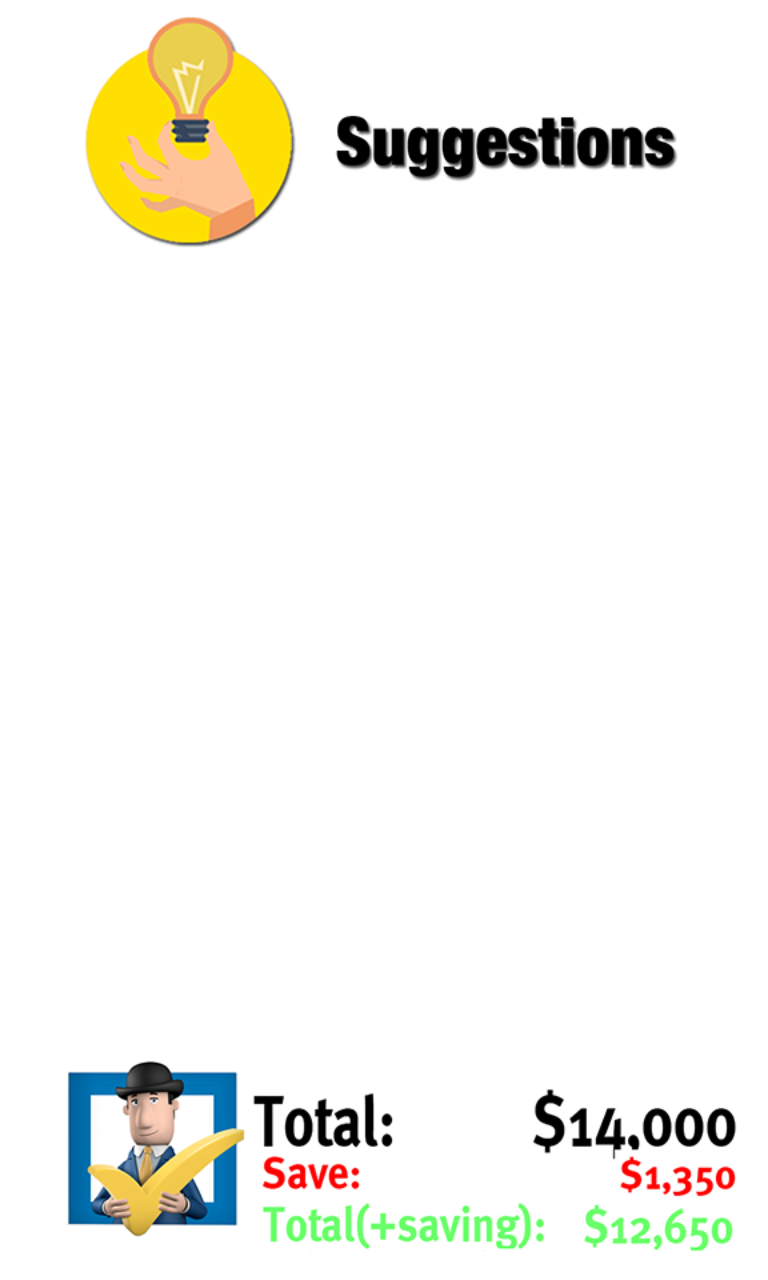
Repository: derek-zhan/RBCPrototypeChallenge
Layout: RBCPrototype/res/layout/fragment_suggesions.xml
These files come from the project's save history. The layout is drawn as it stood at one moment and after the next save; the edit follows.
It is drawn on a 768 x 1280 px phone screen (xhdpi) without system bars, with theme AppTheme; the app's code is not run. Lists and similar views that code fills are empty.

Above is the layout before, as saved 2014-06-07 23:29:37.

### RBCPrototype/res/layout/fragment_suggesions.xml
<?xml version="1.0" encoding="utf-8"?>
<RelativeLayout xmlns:android="http://schemas.android.com/apk/res/android"
    android:layout_width="match_parent"
    android:layout_height="match_parent"
    android:orientation="vertical" >

    <ImageView
        android:id="@+id/suggestion_title"
        android:layout_centerHorizontal="true"
        android:layout_alignParentTop="true"
        android:layout_width="wrap_content"
        android:layout_height="wrap_content"
        android:src="@drawable/suggestionheader_small_fix"
    />

    <ImageView
        android:id="@+id/suggestion_result"
        android:layout_alignParentBottom="true"
        android:layout_centerHorizontal="true"
        android:layout_width="wrap_content"
        android:layout_height="wrap_content"
        android:src="@drawable/suggestiontotal_small"
        />

    <ListView
        android:id="@+id/suggestion_listview"
        android:layout_width="wrap_content"
        android:layout_height="wrap_content"
        android:layout_marginBottom="0dp"
        android:layout_marginTop="0dp"
        android:layout_above="@id/suggestion_result"
        android:layout_below="@id/suggestion_title"
        />



</RelativeLayout>

Loaded but not shown: RBCPrototype/res/values/styles.xml (common file); RBCPrototype/res/values-v11/styles.xml (common file); RBCPrototype/res/values-v14/styles.xml (common file)

After the next save:
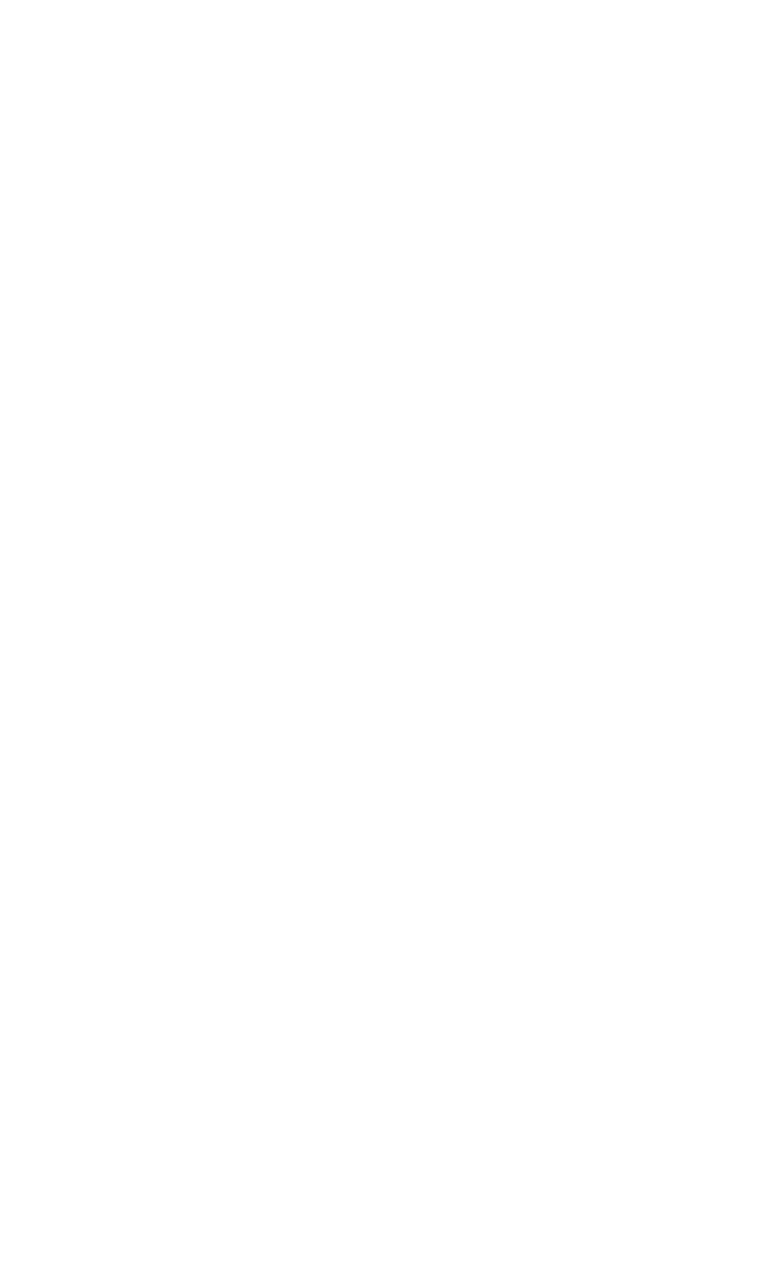
Saved 35 s later.
--- a/RBCPrototype/res/layout/fragment_suggesions.xml
+++ b/RBCPrototype/res/layout/fragment_suggesions.xml
@@ -4,6 +4,7 @@
     android:layout_height="match_parent"
     android:orientation="vertical" >
 
+    <!--
     <ImageView
         android:id="@+id/suggestion_title"
         android:layout_centerHorizontal="true"
@@ -13,6 +14,8 @@
         android:src="@drawable/suggestionheader_small_fix"
     />
 
+
+
     <ImageView
         android:id="@+id/suggestion_result"
         android:layout_alignParentBottom="true"
@@ -21,15 +24,14 @@
         android:layout_height="wrap_content"
         android:src="@drawable/suggestiontotal_small"
         />
-
+    -->
     <ListView
         android:id="@+id/suggestion_listview"
         android:layout_width="wrap_content"
         android:layout_height="wrap_content"
         android:layout_marginBottom="0dp"
         android:layout_marginTop="0dp"
-        android:layout_above="@id/suggestion_result"
-        android:layout_below="@id/suggestion_title"
+
         />
 
 

After the save that followed:
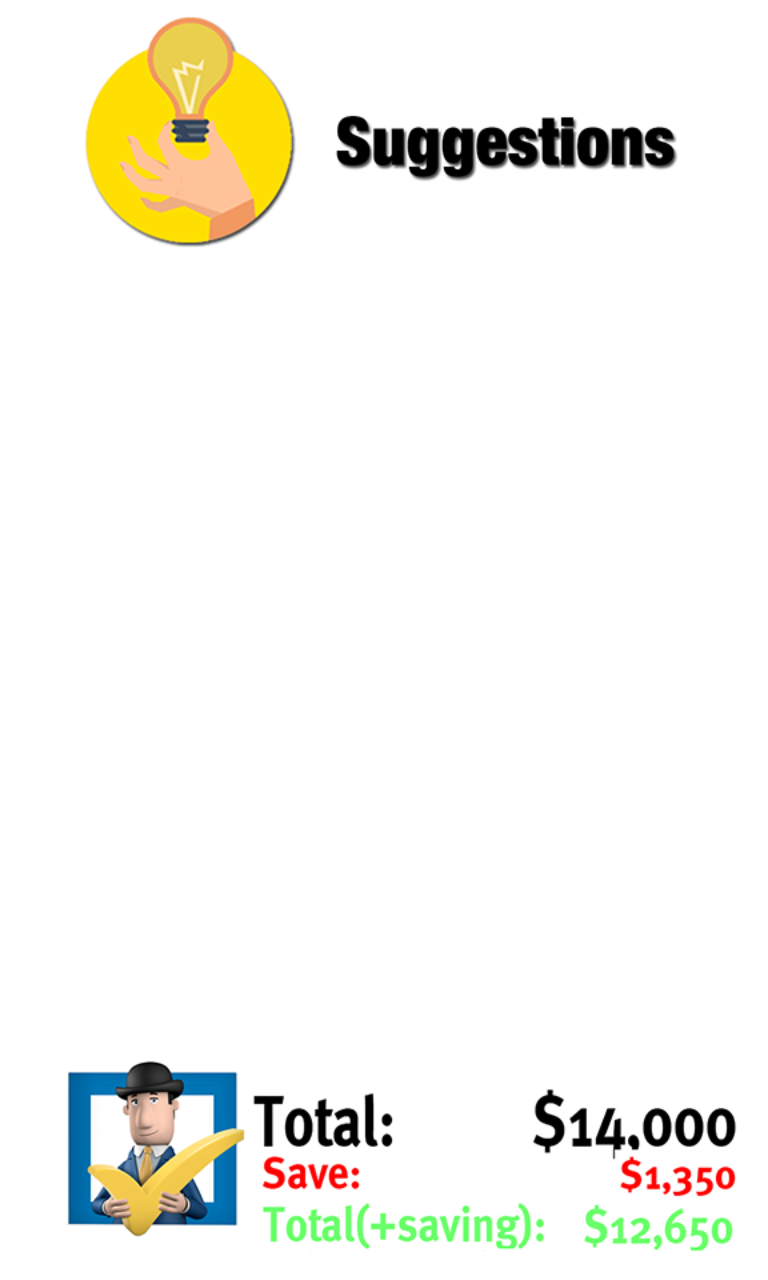
Saved 86 s later.
--- a/RBCPrototype/res/layout/fragment_suggesions.xml
+++ b/RBCPrototype/res/layout/fragment_suggesions.xml
@@ -4,7 +4,7 @@
     android:layout_height="match_parent"
     android:orientation="vertical" >
 
-    <!--
+
     <ImageView
         android:id="@+id/suggestion_title"
         android:layout_centerHorizontal="true"
@@ -24,14 +24,14 @@
         android:layout_height="wrap_content"
         android:src="@drawable/suggestiontotal_small"
         />
-    -->
+
     <ListView
         android:id="@+id/suggestion_listview"
         android:layout_width="wrap_content"
         android:layout_height="wrap_content"
         android:layout_marginBottom="0dp"
         android:layout_marginTop="0dp"
-
+        android:divider="@android:color/transparent"
         />
 
 
